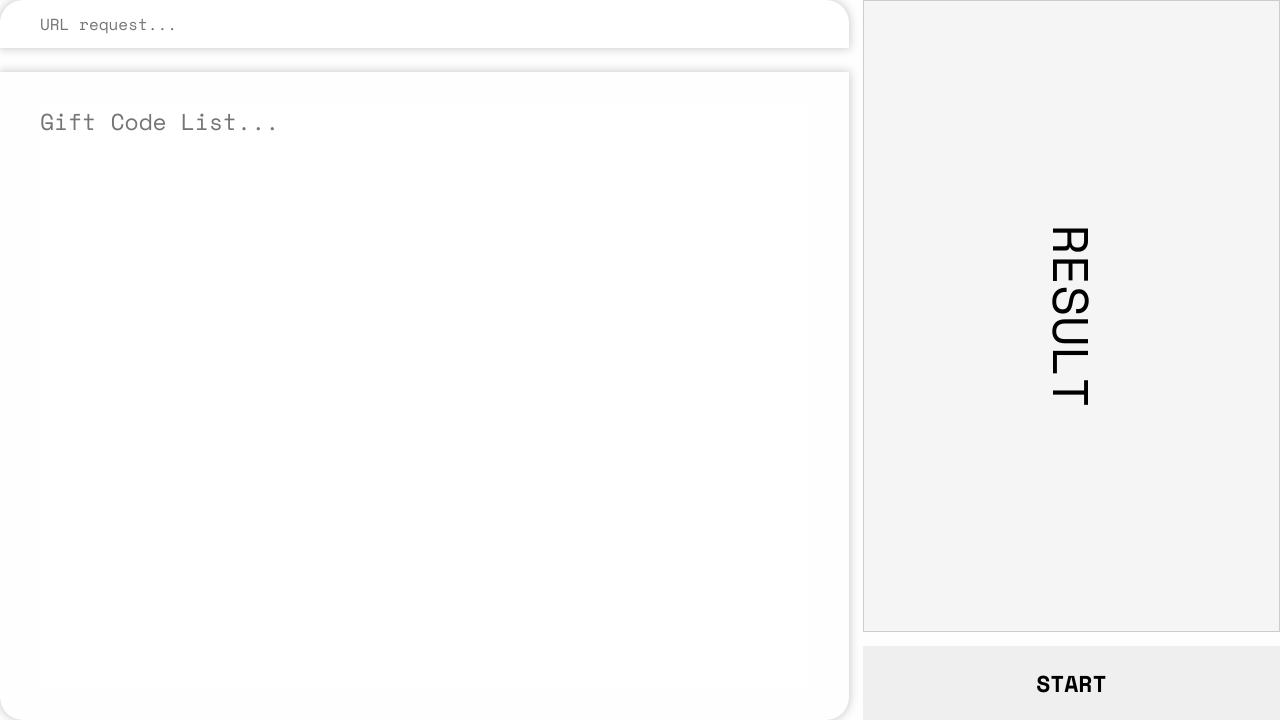
Repository: 777hanh777hanh/test
Page: index.html
An editor plug-in stored every save of this project. The page is shown before and after the next save, followed by the edit.
The browser window is 1280 px wide. The pictures show the whole page.

Above is the page before, as saved 2023-06-30 17:50:08.

After the next save:
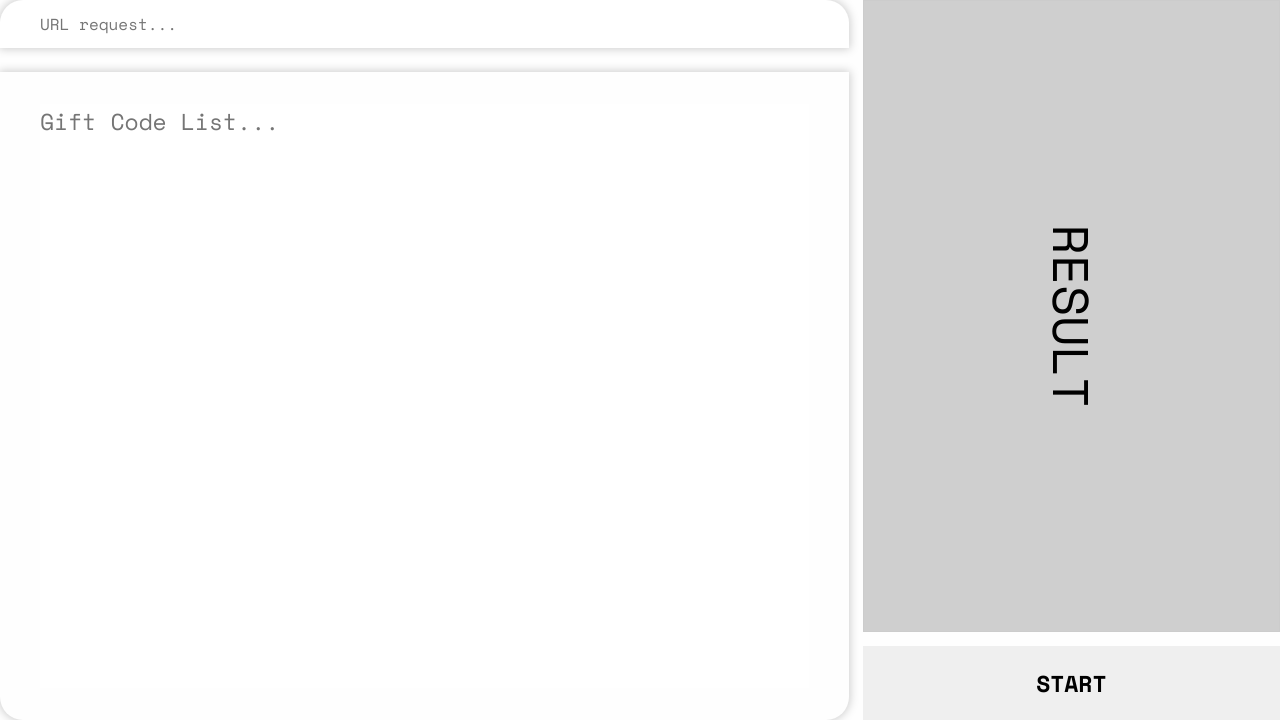
Saved 5 s later.
--- a/assets/css/style.css
+++ b/assets/css/style.css
@@ -94,7 +94,7 @@ html *::-webkit-scrollbar-track {
     align-items: center;
     flex-grow: 1;
     border: 1px solid #ccc;
-    background: #cccccc30;
+    background: #ccccccee;
 }
 
 .result:empty::before {
